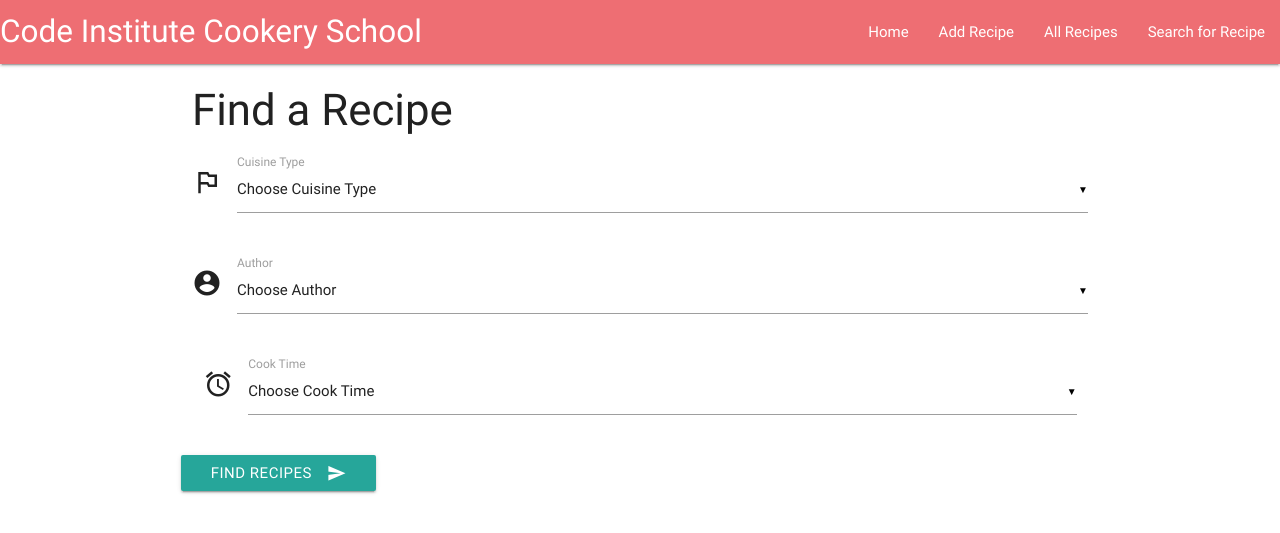
Repository: nakitamccool/francisillingworth-milestone-project-3
Page: http://localhost/find_recipe
The author's editor kept a record of every edit. The page is drawn from the files as they stood at one moment, then again after the next edit.
The browser window is 1280 px wide. The pictures show the whole page.
The page is served by the project's application, run on Flask 3 (app.py). Queries for data that is not in the repository find no rows.

Above is the page before.

After the next edit:
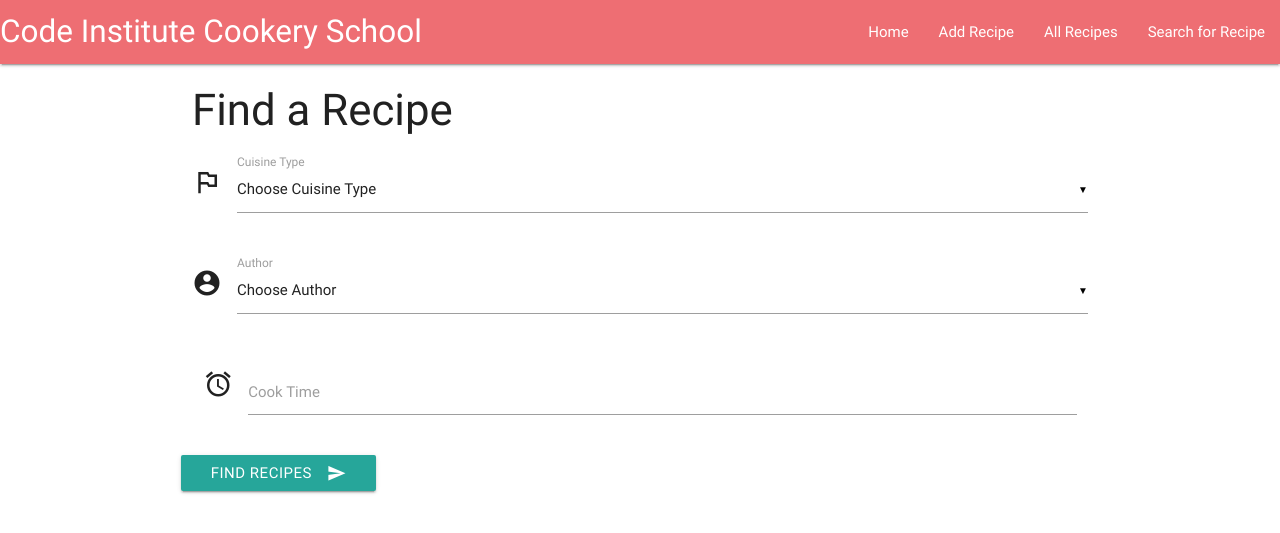
The edit:
--- a/templates/findrecipe.html
+++ b/templates/findrecipe.html
@@ -33,13 +33,9 @@
             </div>
             <div class="input-field col s12">
                 <i class="material-icons prefix">alarm</i>
-                <select id="cook_time" name="cook_time">
-                  <option value="" disabled selected>Choose Cook Time</option>
-                  {% for cat in cuisine %}
-                      <option value="{{cat.cook_time}}" >{{cat.cook_time}}</option>
 
-                  {% endfor %}
-                </select>
+                 <input id= "time" name="time" type="number" step="5">
+
                     <label>Cook Time</label>
             </div>
             </div>
